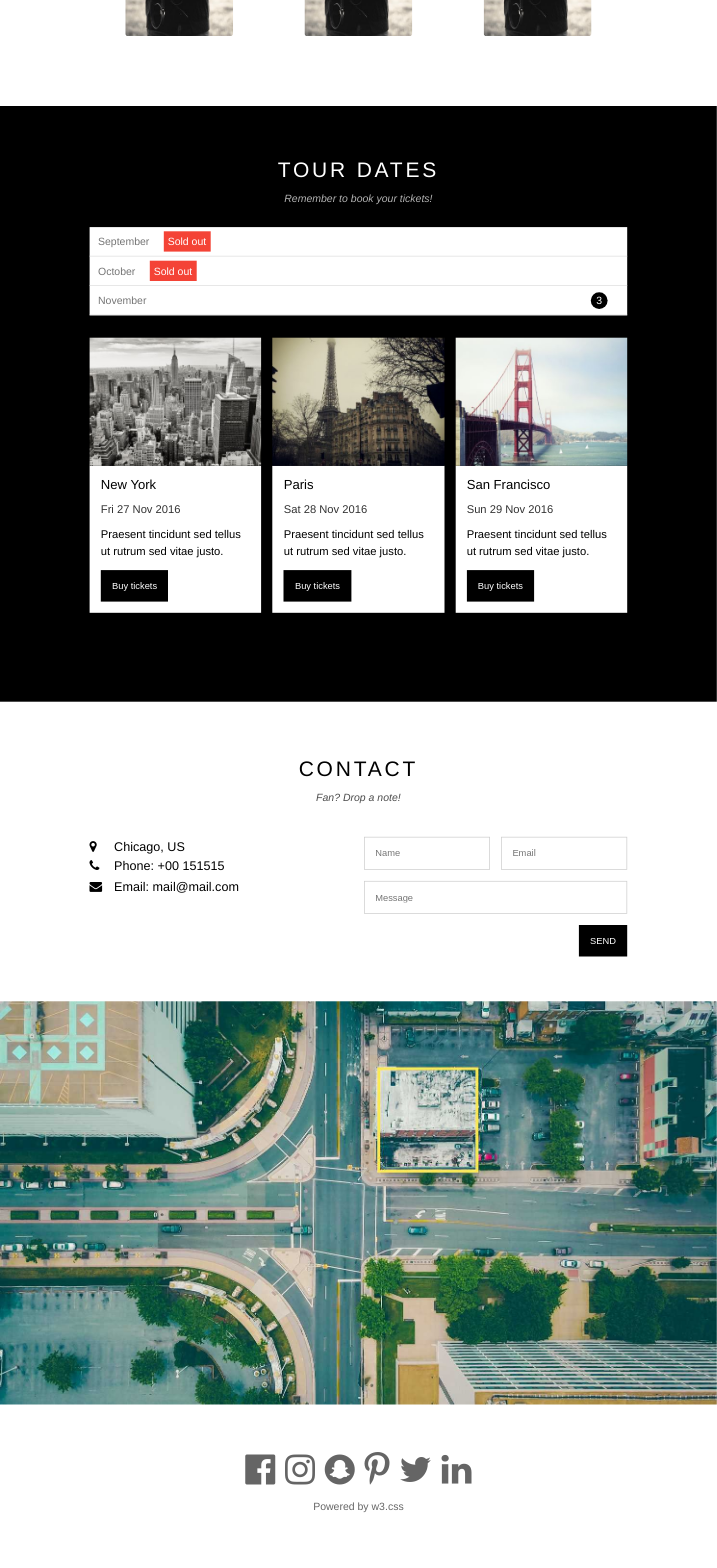
Repository: vuongtm1999/TheBand_W3School
Page: index.html
These files come from the project's save history. The page is drawn as it stood at one moment and after the next save; the edit follows.
The browser window is 1024 px wide. The pictures show the part of the page from y = 1058 to 3298 px (the page is 3298 px tall), at 70% of full size.

Above is the page before, as saved 2022-08-31 09:16:26.

After the next save:
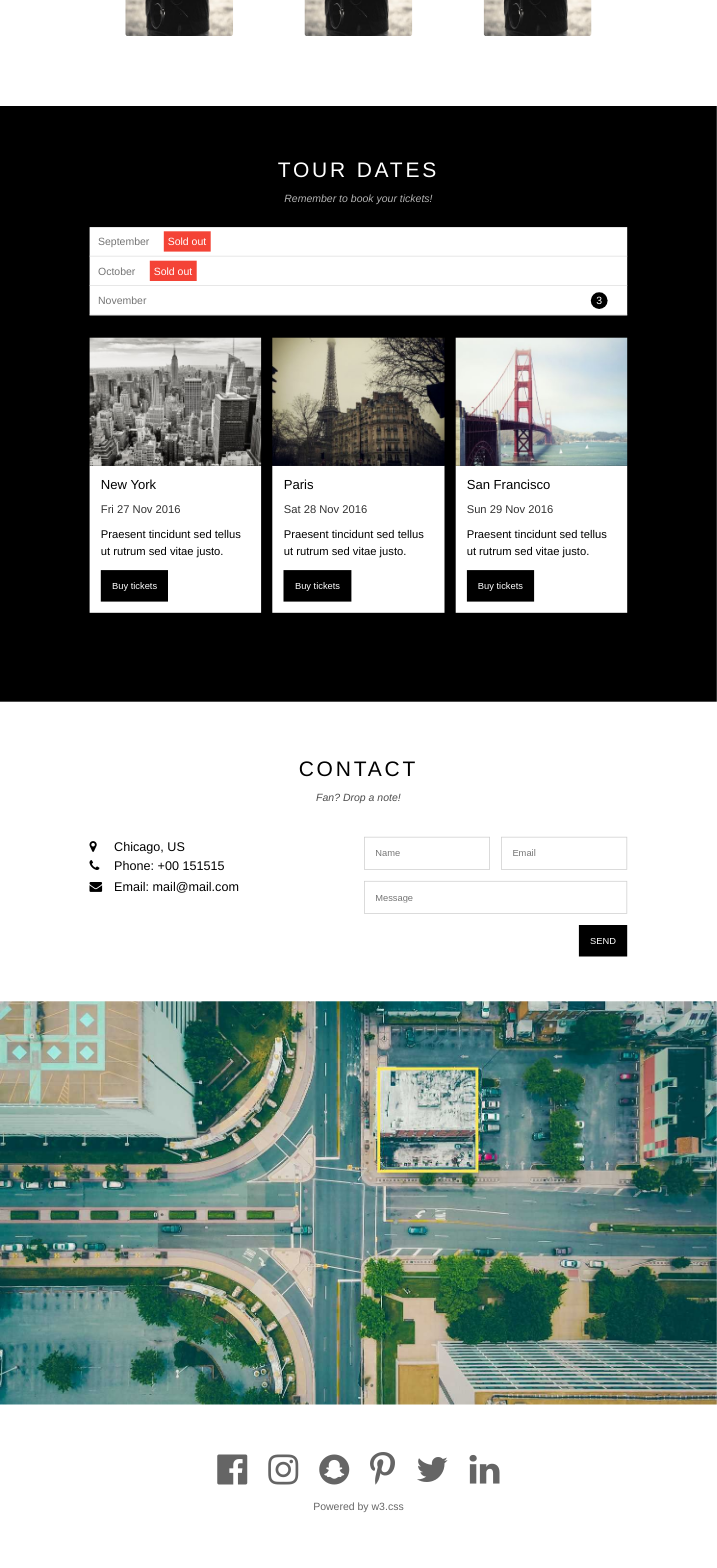
Saved 38 s later.
--- a/assets/css/responsive.css
+++ b/assets/css/responsive.css
@@ -20,7 +20,7 @@
         font-size: 50px;
     }
 
-    #footer .icon-info i{
+    .footer .icon-info i{
         margin: 0 8px;
     }
 
